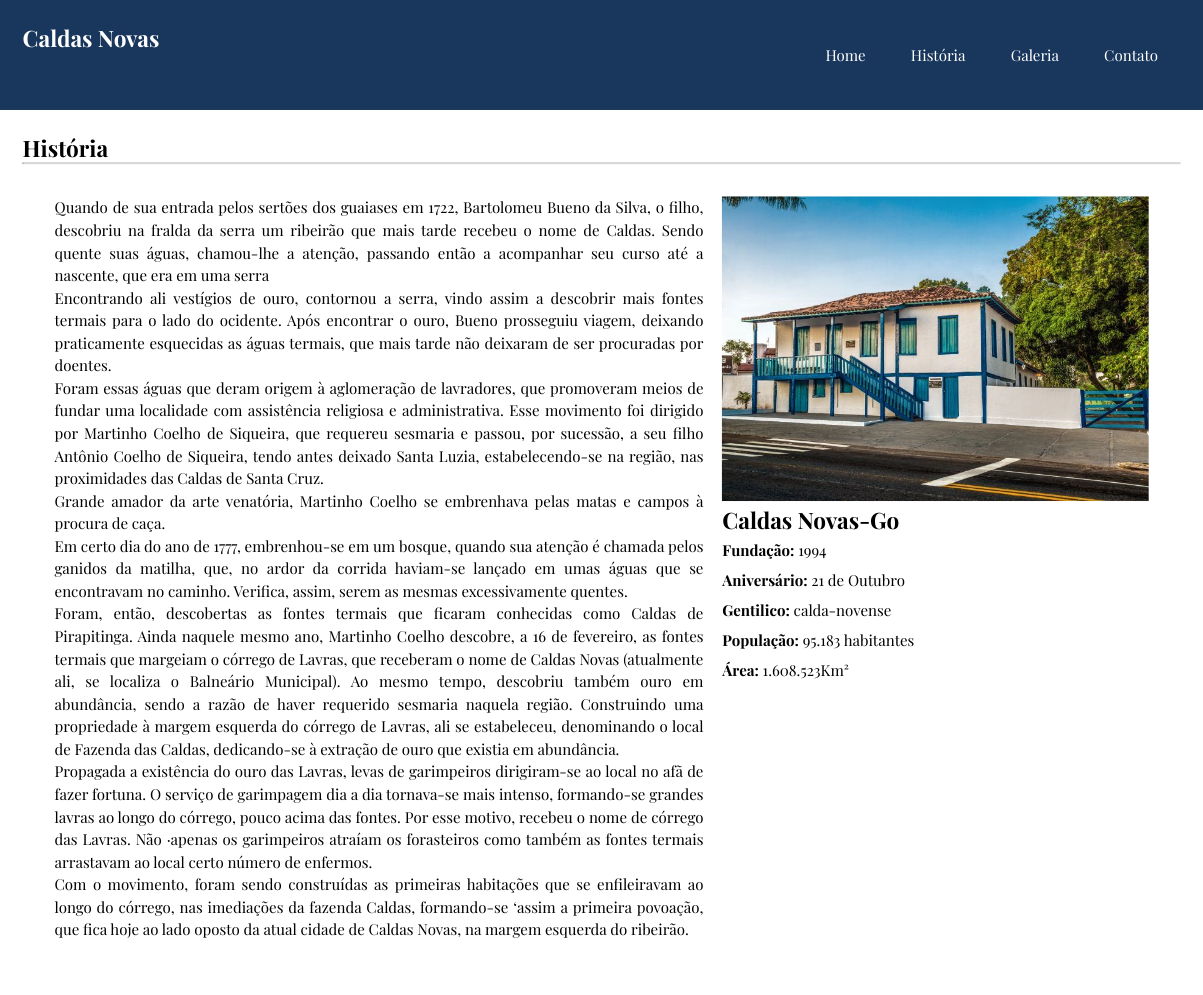
Repository: AbiezerSidonioJoseOdanacaJunior/DesafioLocalTuristico
Page: index.html
The author's editor kept a copy of each file at every save. The page is drawn from the files as they stood at one save, then again after the next save.
The browser window is 1280 px wide. The pictures show the whole page, at 94% of full size.
Some web fonts or font styles are not loaded; a fallback is used.

Above is the page before, as saved 2024-11-11 16:24:35.

### index.html
<!DOCTYPE html>
<html lang="pt-br">
<head>
    <link rel="preconnect" href="https://fonts.googleapis.com">
    <link rel="preconnect" href="https://fonts.gstatic.com" crossorigin>
    <meta charset="UTF-8">
    <meta name="viewport" content="width=device-width, initial-scale=1.0">
    <title>Caldas Novas</title>
    <link rel="stylesheet" href="./css/style.css">
    <link href="https://fonts.googleapis.com/css2?family=Alice&family=Playfair+Display:ital,wght@0,400..900;1,400..900&display=swap" rel="stylesheet">
</head>
<body>
    <div id="page">
        <nav>
            <!-- <img src="./img/clds.png" alt="logo Caldas novas"> -->
             <h1>Caldas Novas</h1>
            <ul>
                <li><a href="#home">Home</a></li>
                <li><a href="#history">História</a></li>
                <li><a href="#gallery">Galeria</a></li>
                <li><a href="#contact">Contato</a></li>
            </ul>
        </nav>
        <main>
            <section id="history">
                <h1>História</h1>
                <hr>
               <div id="about">
                <div id="text-history">
                    <p>Quando de sua entrada pelos sertões dos guaiases em 1722, Bartolomeu Bueno da Silva, o filho, descobriu na fralda da serra um ribeirão que mais tarde recebeu o nome de Caldas. Sendo quente suas águas, chamou-lhe a atenção, passando então a acompanhar seu curso até a nascente, que era em uma serra</p>
                    <p>Encontrando ali vestígios de ouro, contornou a serra, vindo assim a descobrir mais fontes termais para o lado do ocidente. Após encontrar o ouro, Bueno prosseguiu viagem, deixando praticamente esquecidas as águas termais, que mais tarde não deixaram de ser procuradas por doentes.</p>
                    <p>Foram essas águas que deram origem à aglomeração de lavradores, que promoveram meios de fundar uma localidade com assistência religiosa e administrativa. Esse movimento foi dirigido por Martinho Coelho de Siqueira, que requereu sesmaria e passou, por sucessão, a seu filho Antônio Coelho de Siqueira, tendo antes deixado Santa Luzia, estabelecendo-se na região, nas proximidades das Caldas de Santa Cruz.</p>
                    <p>Grande amador da arte venatória, Martinho Coelho se embrenhava pelas matas e campos à procura de caça.</p>
                    <p>Em certo dia do ano de 1777, embrenhou-se em um bosque, quando sua atenção é chamada pelos ganidos da matilha, que, no ardor da corrida haviam-se lançado em umas águas que se encontravam no caminho. Verifica, assim, serem as mesmas excessivamente quentes.</p>
                    <p>Foram, então, descobertas as fontes termais que ficaram conhecidas como Caldas de Pirapitinga. Ainda naquele mesmo ano, Martinho Coelho descobre, a 16 de fevereiro, as fontes termais que margeiam o córrego de Lavras, que receberam o nome de Caldas Novas (atualmente ali, se localiza o Balneário Municipal). Ao mesmo tempo, descobriu também ouro em abundância, sendo a razão de haver requerido sesmaria naquela região. Construindo uma propriedade à margem esquerda do córrego de Lavras, ali se estabeleceu, denominando o local de Fazenda das Caldas, dedicando-se à extração de ouro que existia em abundância.</p>
                    <p>Propagada a existência do ouro das Lavras, levas de garimpeiros dirigiram-se ao local no afã de fazer fortuna. O serviço de garimpagem dia a dia tornava-se mais intenso, formando-se grandes lavras ao longo do córrego, pouco acima das fontes. Por esse motivo, recebeu o nome de córrego das Lavras. Não ·apenas os garimpeiros atraíam os forasteiros como também as fontes termais arrastavam ao local certo número de enfermos.</p>
                    <p>Com o movimento, foram sendo construídas as primeiras habitações que se enfileiravam ao longo do córrego, nas imediações da fazenda Caldas, formando-se ‘assim a primeira povoação, que fica hoje ao lado oposto da atual cidade de Caldas Novas, na margem esquerda do ribeirão.</p>
                </div>
                <div id="image-history">
                    <img src="./img/imghistory.jpg" alt="Imagem Caldas">
                    <h2>Caldas Novas-Go</h2>
                    <p><b>Fundação:</b> 1994 </p>
                    <p><b>Aniversário:</b> 21 de Outubro </p>
                    <p><b>Gentilico:</b> calda-novense </p>
                    <p><b>População:</b> 95.183 habitantes</p>
                    <p><b>Área:</b> 1.608.523Km²</p>
                </div>
               </div>
            </section>
        </main>
    </div>

</body>
</html>

### css/style.css
* {
    padding: 0;
    margin: 0;
    box-sizing: border-box;
}
body{
    font-family: "Playfair Display", serif;
}

nav {
    display: flex;
    background-color: #19375c;
}

nav img {
    width: 116px;
    height: 92px;
}

nav h1{
    color:#fff;
    padding: 24px;
}

ul{
    display: flex;
    padding: 24px;
    margin-left: auto;
}

ul li {
    padding: 24px;
    list-style: none;
}

ul li a {
    text-decoration: none;
    color: #fff;
}

#history {
    width: 100%;
    height: 100%;
    padding: 24px;
    box-sizing: border-box;

}

#about {
    display: flex;
    width: 100%;
    max-width: 100vw;
    overflow-x: hidden;;
    padding: 24px;
}

#text-history {
    flex: 0 0 60%;
    padding: 10px;
    text-align: justify;
    line-height: 24px;
}

#image-history {
    flex: 0 0 40%; /* Ocupa 25% da largura */
    padding: 10px;
    border: #19375c 1px
}

#image-history img {
    max-width: 100%;
    height: auto;
}
#image-history p {
    line-height: 32px;
}

After the next save:
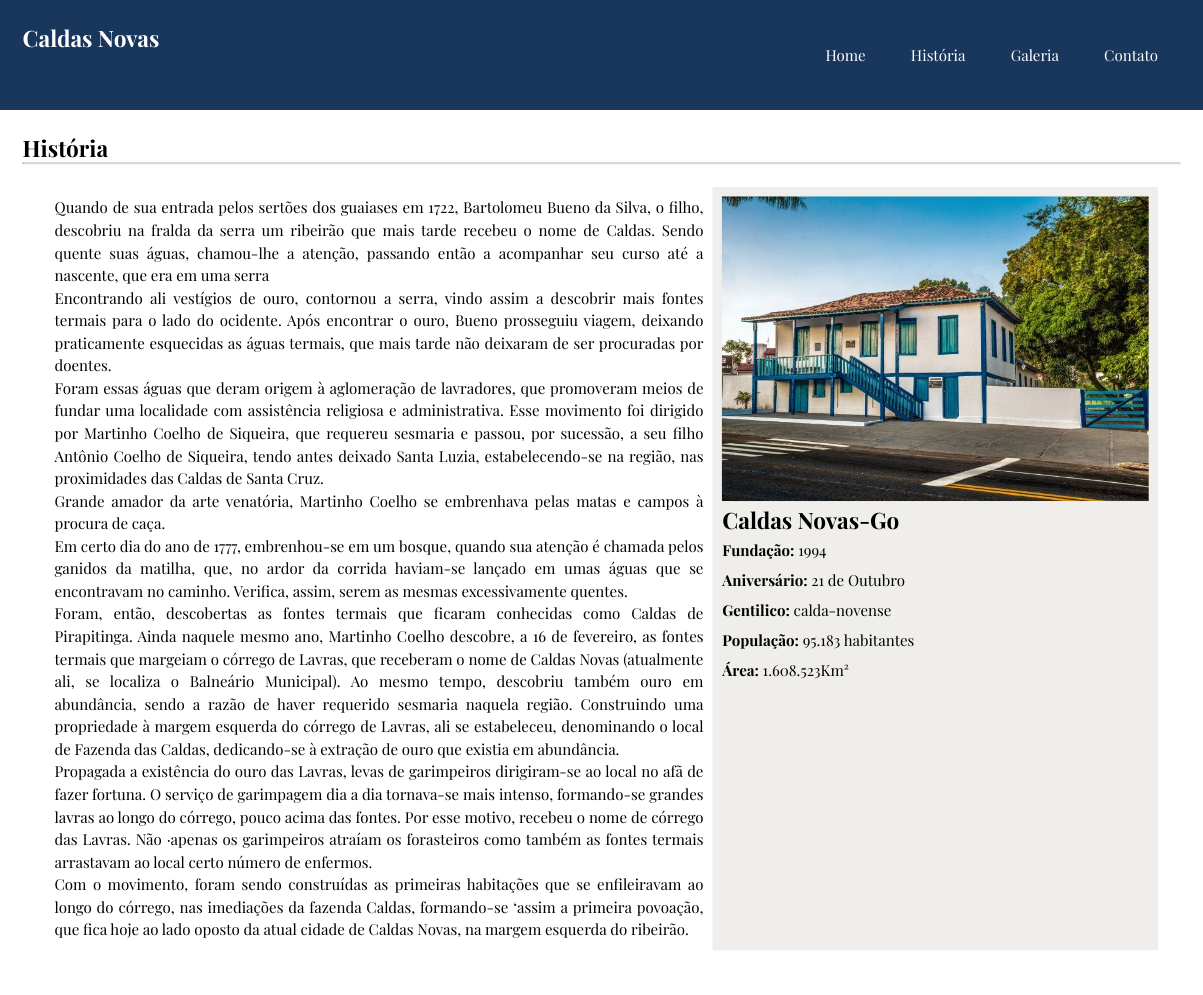
Saved 105 s later.
--- a/css/style.css
+++ b/css/style.css
@@ -64,7 +64,8 @@
 #image-history {
     flex: 0 0 40%; /* Ocupa 25% da largura */
     padding: 10px;
-    border: #19375c 1px
+    border: #19375c 1px;
+    background-color: #efeeeb;
 }
 
 #image-history img {
